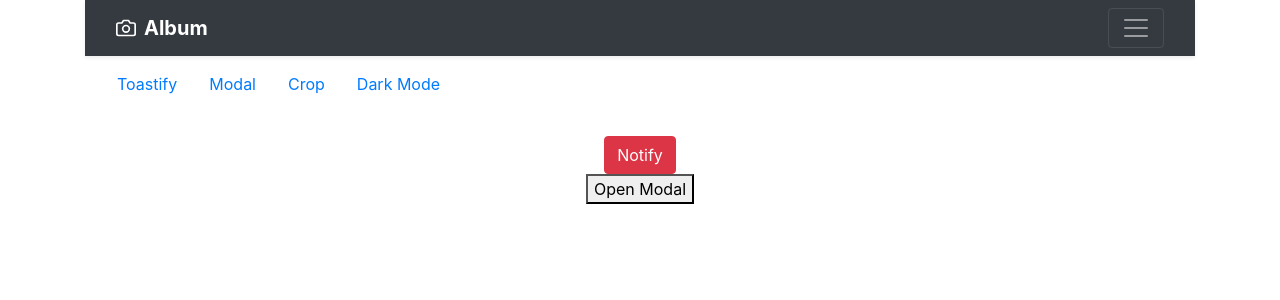
Repository: shankaraswal/react-multiple-ex
Page: /modal
The author's editor kept a copy of each file at every save. The page is drawn from the files as they stood at one save, then again after the next save.
The browser window is 1280 px wide. The pictures show the whole page.
The project was rebuilt for these pictures with package versions that can differ from the ones it lists, and the page was loaded fresh each time. Also part of the build but not shown: src/components/common/CopyArea.js.

Above is the page before, as saved 2020-02-04 18:23:03.

### src/App.js
import React from 'react';
import {
  BrowserRouter as Router,
  Switch,
  Route,
  Link
} from 'react-router-dom'

import Header from './components/common/Header'
import Navbar from './components/common/Navbar';
import CopyArea from './components/common/CopyArea'

import Toastify from './components/Toastify/Toastify'
import ModalPop from './components/ModalPop/ModalPop'

function App() {
  return (
    <div className="App container">
      <Router>
        <Header/>
       <Navbar />
        <Switch>
          <div className="container mt-4">
            <Route path='/' component={Toastify} />
            <Route path='/modal' component={ModalPop} />
          </div>

      </Switch>
      </Router>
    </div>
  );
}
export default App;

### src/components/common/Header.js

import React, { Component } from 'react'

export class Header extends Component {
  render() {
    return (
      <header>
  <div className="collapse bg-dark" id="navbarHeader">
    <div className="container">
      <div className="row">
        <div className="col-sm-8 col-md-7 py-4">
          <h4 className="text-white">About</h4>
          <p className="text-muted">Add some information about the album below, the author, or any other background context. Make it a few sentences long so folks can pick up some informative tidbits. Then, link them off to some social networking sites or contact information.</p>
        </div>
        <div className="col-sm-4 offset-md-1 py-4">
          <h4 className="text-white">Contact</h4>
          <ul className="list-unstyled">
            <li><a href="#" className="text-white">Follow on Twitter</a></li>
            <li><a href="#" className="text-white">Like on Facebook</a></li>
            <li><a href="#" className="text-white">Email me</a></li>
          </ul>
        </div>
      </div>
    </div>
  </div>
  <div className="navbar navbar-dark bg-dark shadow-sm">
    <div className="container d-flex justify-content-between">
      <a href="#" className="navbar-brand d-flex align-items-center">
        <svg xmlns="http://www.w3.org/2000/svg" width="20" height="20" fill="none" stroke="currentColor" stroke-linecap="round" stroke-linejoin="round" stroke-width="2" aria-hidden="true" className="mr-2" viewBox="0 0 24 24" focusable="false"><path d="M23 19a2 2 0 0 1-2 2H3a2 2 0 0 1-2-2V8a2 2 0 0 1 2-2h4l2-3h6l2 3h4a2 2 0 0 1 2 2z"></path><circle cx="12" cy="13" r="4"></circle></svg>
        <strong>Album</strong>
      </a>
      <button className="navbar-toggler" type="button" data-toggle="collapse" data-target="#navbarHeader" aria-controls="navbarHeader" aria-expanded="false" aria-label="Toggle navigation">
        <span className="navbar-toggler-icon"></span>
      </button>
    </div>
  </div>
</header>
    )
  }
}

export default Header

### src/components/common/Navbar.js
import React from 'react'
import { NavLink, Link } from 'react-router-dom'

function Navbar (){

  return (
    <nav className="navbar navbar-right">
      <ul className="nav justify-content-end">
        <li className="nav-item">
          <NavLink className="nav-link" exact to="/">Toastify</NavLink>
        </li>
        <li className="nav-item">
          <Link className="nav-link" to="/modal">Modal</Link>
        </li>
        <li className="nav-item">
        <Link className="nav-link" to="/crop">Crop</Link>
        </li>
        <li className="nav-item">
        <Link className="nav-link" to="/dark">Dark Mode</Link>
        </li>
    </ul>
    </nav>
    )

}

export default Navbar

### src/components/Toastify/Toastify.js
import React from 'react';
import { toast } from 'react-toastify';
import 'react-toastify/dist/ReactToastify.css'

toast.configure()

function Toastity() {

  const notify = () => {
    toast('Popped Notification', {position:toast.POSITION.TOP_RIGHT});
   {/* toast('Popped Notification', {position:toast.POSITION.TOP_CENTER});
    toast('Popped Notification', {position:toast.POSITION.TOP_RIGHT});
    toast('Popped Notification', {position:toast.POSITION.BOTTOM_LEFT});
    toast('Popped Notification', {position:toast.POSITION.BOTTOM_CENTER});
  toast('Popped Notification', {position:toast.POSITION.BOTTOM_RIGHT});*/}
  }

  return (
    <div>
      <button className="btn btn-danger" onClick={notify}> Notify </button>
      </div>
  )
};


export default Toastity;

### src/components/ModalPop/ModalPop.js
import React, { useState } from 'react';
import Modal from 'react-modal';

import './ModalPop.css';

function ModalPop({name}) {
  const [modalIsOpen, setOpenModal] = useState(false);
  return (
    <div className="App" >
      <button onClick={() => setOpenModal(true)}>Open Modal</button>
      <Modal isOpen={modalIsOpen}>
        <h1>{name}</h1>
        <hr />
        <button onClick={() => setOpenModal(false)}>Close Modal</button>

      </Modal>

    </div>
  );
}

export default ModalPop;

### src/components/ModalPop/ModalPop.css
.App {
  text-align: center;
}

.App-logo {
  height: auto;
  pointer-events: none;
}

@media (prefers-reduced-motion: no-preference) {
  .App-logo {
    animation: App-logo-spin infinite 20s linear;
  }
}

.App-header {
  background-color: #282c34;
  min-height: auto;
  display: flex;
  flex-direction: column;
  align-items: center;
  justify-content: center;
  font-size: calc(10px + 2vmin);
  color: white;
}

.App-link {
  color: #61dafb;
}

@keyframes App-logo-spin {
  from {
    transform: rotate(0deg);
  }

  to {
    transform: rotate(360deg);
  }
}

Loaded but not shown: public/index.html (common file); src/index.js (common file); src/index.css (common file); src/serviceWorker.js (common file)

After the next save:
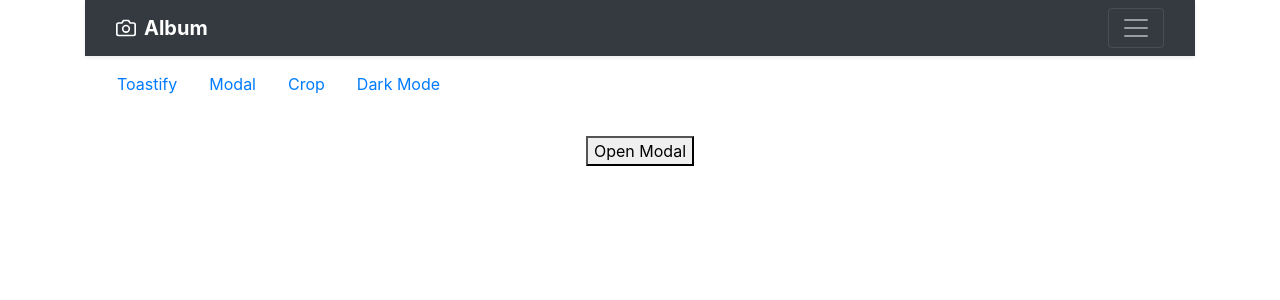
Saved 3 min 9 s later.
--- a/src/App.js
+++ b/src/App.js
@@ -21,7 +21,7 @@ function App() {
        <Navbar />
         <Switch>
           <div className="container mt-4">
-            <Route path='/' component={Toastify} />
+            <Route exact path='/' component={Toastify} />
             <Route path='/modal' component={ModalPop} />
           </div>
 
